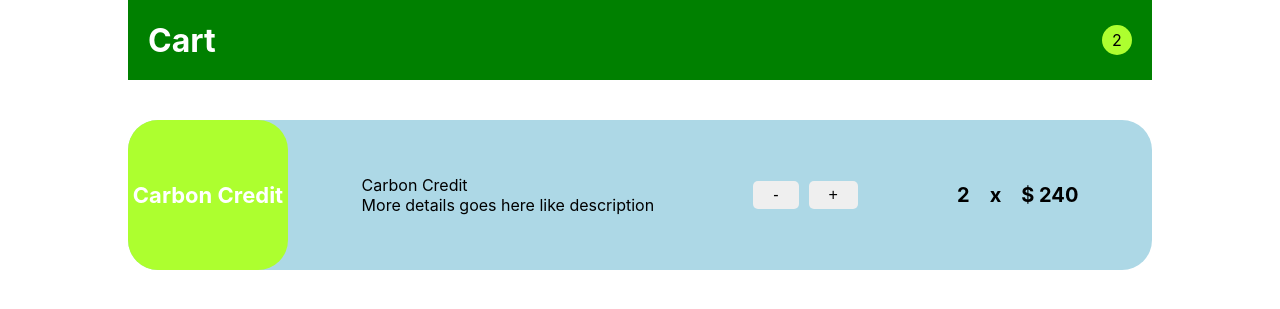
Repository: Yowani24/CarbonApp
Page: /cart
The author's editor kept a copy of each file at every save. The page is drawn from the files as they stood at one save, then again after the next save.
The browser window is 1280 px wide. The pictures show the whole page.
The project was rebuilt for these pictures with package versions that can differ from the ones it lists, and the page was loaded fresh each time. The framework's server and built-in components were replaced by stand-ins that run in the browser. Also part of the build but not shown: next.config.js.

Above is the page before, as saved 2021-09-26 20:46:50.

After the next save:
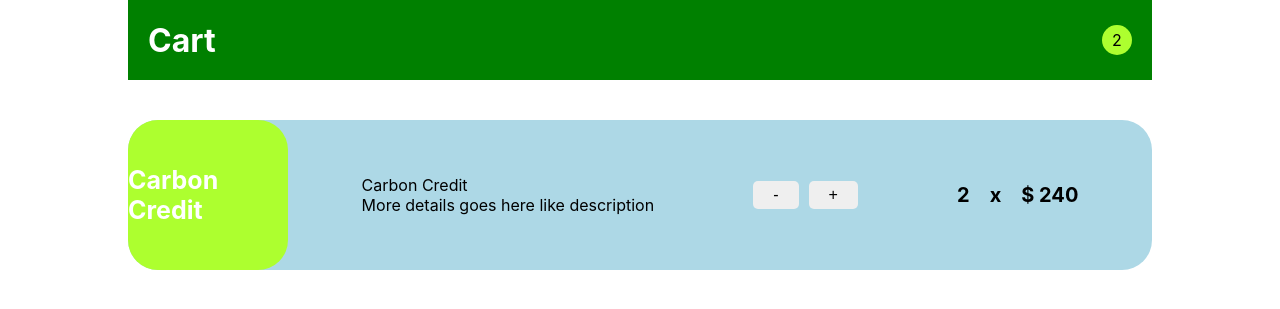
Saved 11 s later.
--- a/pages/cart/Cart.module.css
+++ b/pages/cart/Cart.module.css
@@ -48,7 +48,7 @@
     color: #FFFFFF;
 }
 .box h3{
-    font-size: 22px;
+    font-size: 25px;
 }
 .product_details{
     display: flex;
